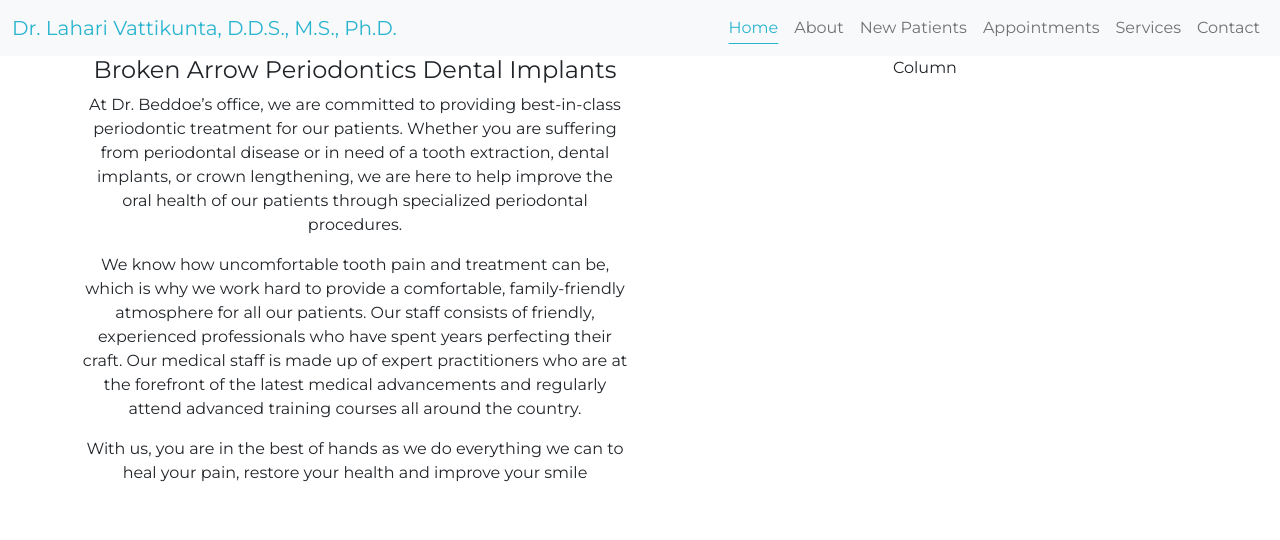
Repository: vineetha2438/baperio
Page: index.html
These files come from the project's save history. The page is drawn as it stood at one moment and after the next save; the edit follows.
The browser window is 1280 px wide. The pictures show the whole page.

Above is the page before, as saved 2022-11-13 18:16:11.

After the next save:
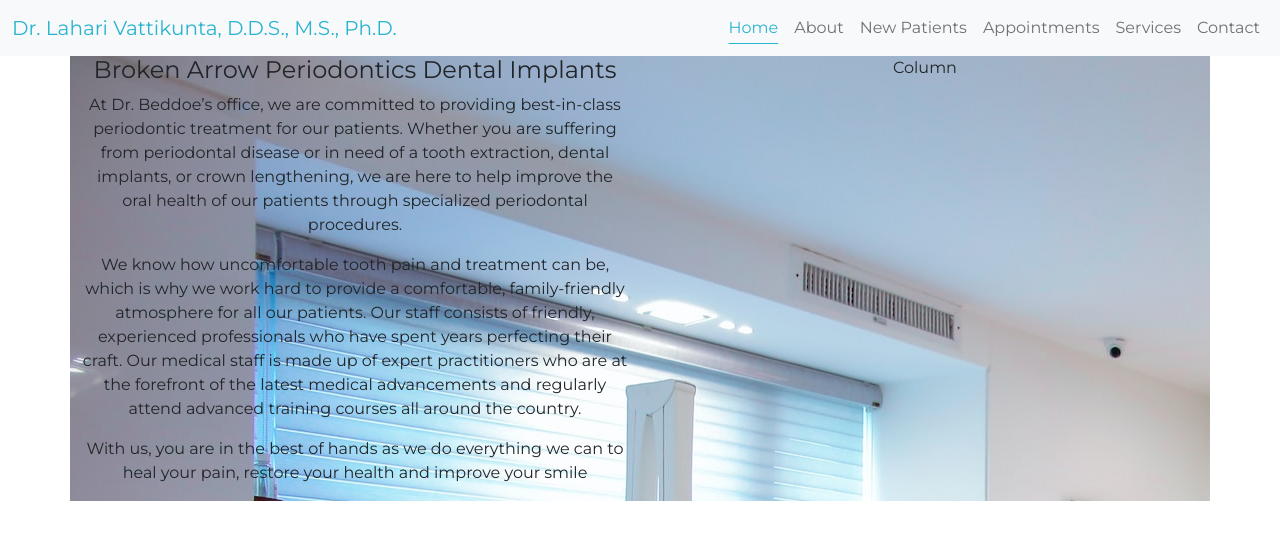
Saved 2 s later.
--- a/index.html
+++ b/index.html
@@ -49,7 +49,7 @@
       </div>
     </div>
   </nav>
-  <div class="container text-center">
+  <div class="container text-center section-one">
     <div class="row">
       <div class="col">
         <h4>Broken Arrow Periodontics Dental Implants</h4>
